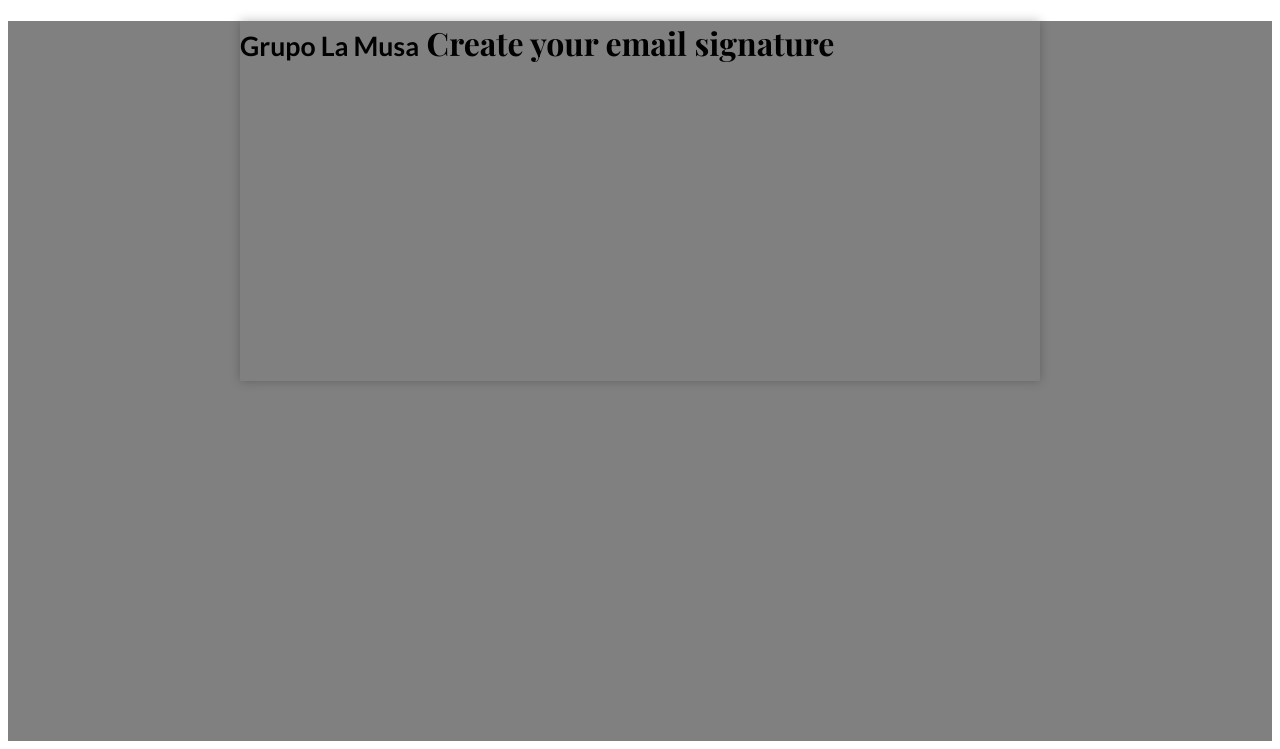
Repository: beltranrengifo/signature-planta
Page: /
These files come from the project's save history. The page is drawn as it stood at one moment and after the next save; the edit follows.
The browser window is 1280 px wide. The pictures show the whole page.
The project was rebuilt for these pictures with package versions that can differ from the ones it lists, and the page was loaded fresh each time. Also part of the build but not shown: vue.config.js.

Above is the page before, as saved 2019-08-30 16:31:11.

After the next save:
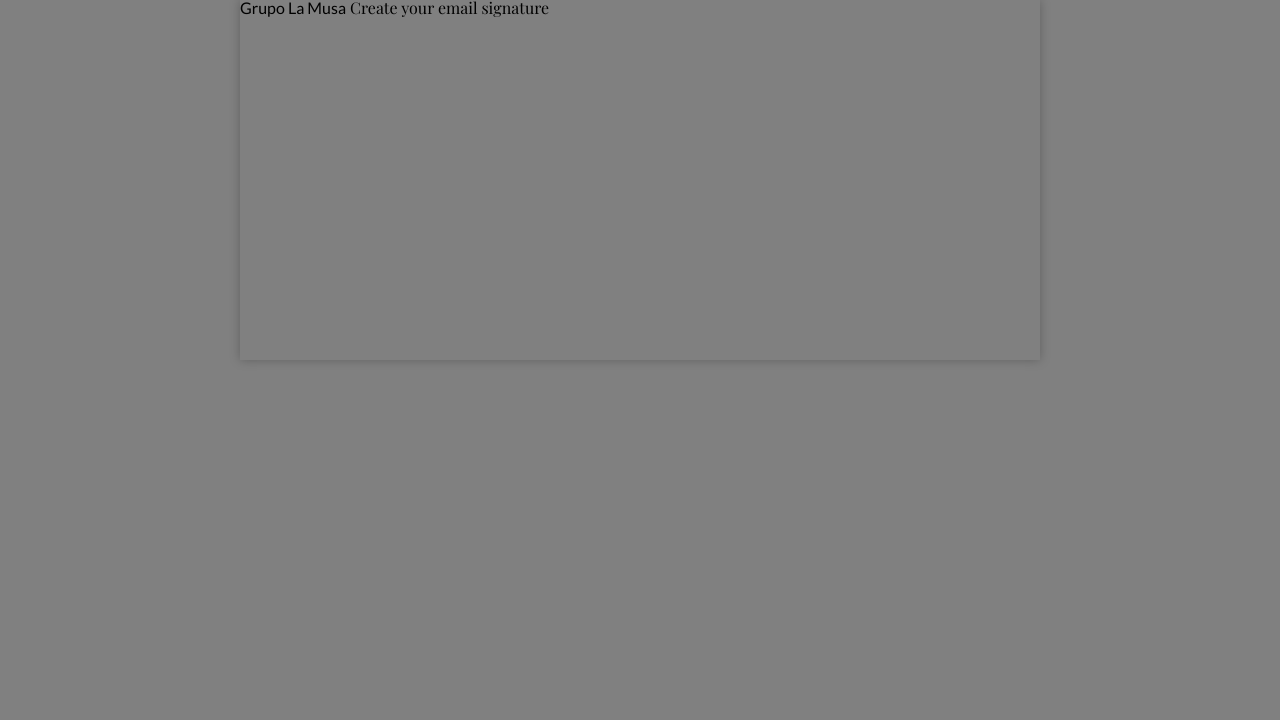
Saved 60 s later.
--- a/src/main.js
+++ b/src/main.js
@@ -1,6 +1,7 @@
 import Vue from 'vue'
 import App from './App.vue'
 import './assets/scss/main.scss'
+import 'reset-css';
 
 Vue.config.productionTip = false
 
